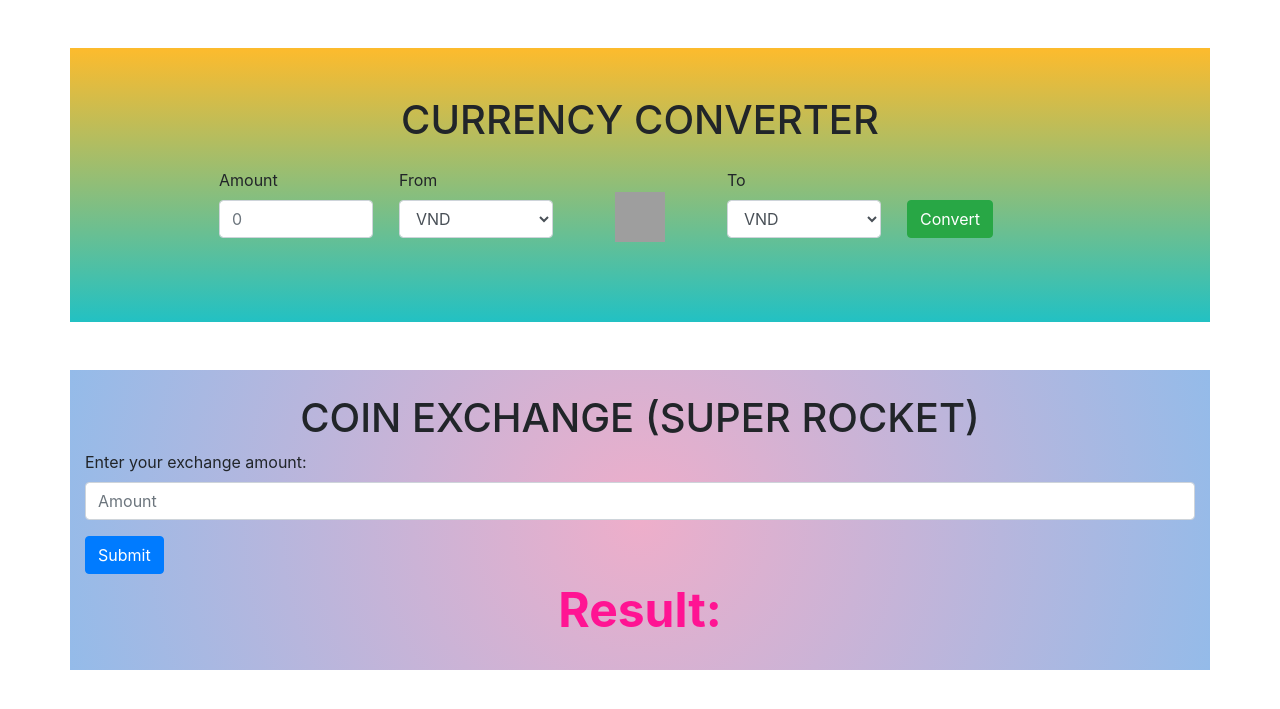
Repository: tts2610/MoneyConverter
Page: index.html
The author's editor kept a copy of each file at every save. The page is drawn from the files as they stood at one save, then again after the next save.
The browser window is 1280 px wide. The pictures show the whole page.
Pictures or frames that could not be fetched are drawn as grey boxes.

Above is the page before, as saved 2020-05-12 14:14:45.

After the next save:
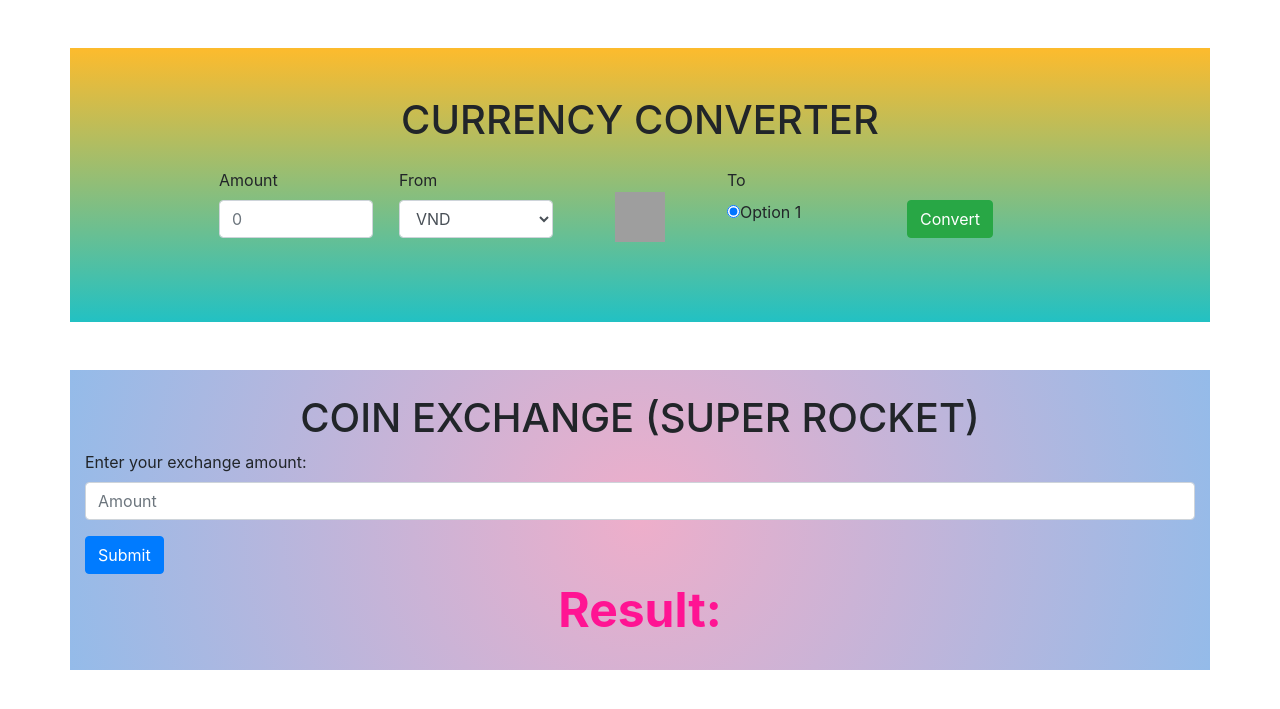
Console error: TypeError: Cannot read properties of null (reading 'add')
Saved 15 min 3 s later.
--- a/index.html
+++ b/index.html
@@ -40,8 +40,10 @@
             </div>
             <div class="col mt-3">
                 <label>To</label>
-                <select class="form-control" id="toCurrency">
-            </select>
+                <div class="radio">
+                    <label><input type="radio" name="optradio" checked>Option 1</label>
+                </div>
+                </select>
 
             </div>
             <div class="col mt-5 ml-3">
